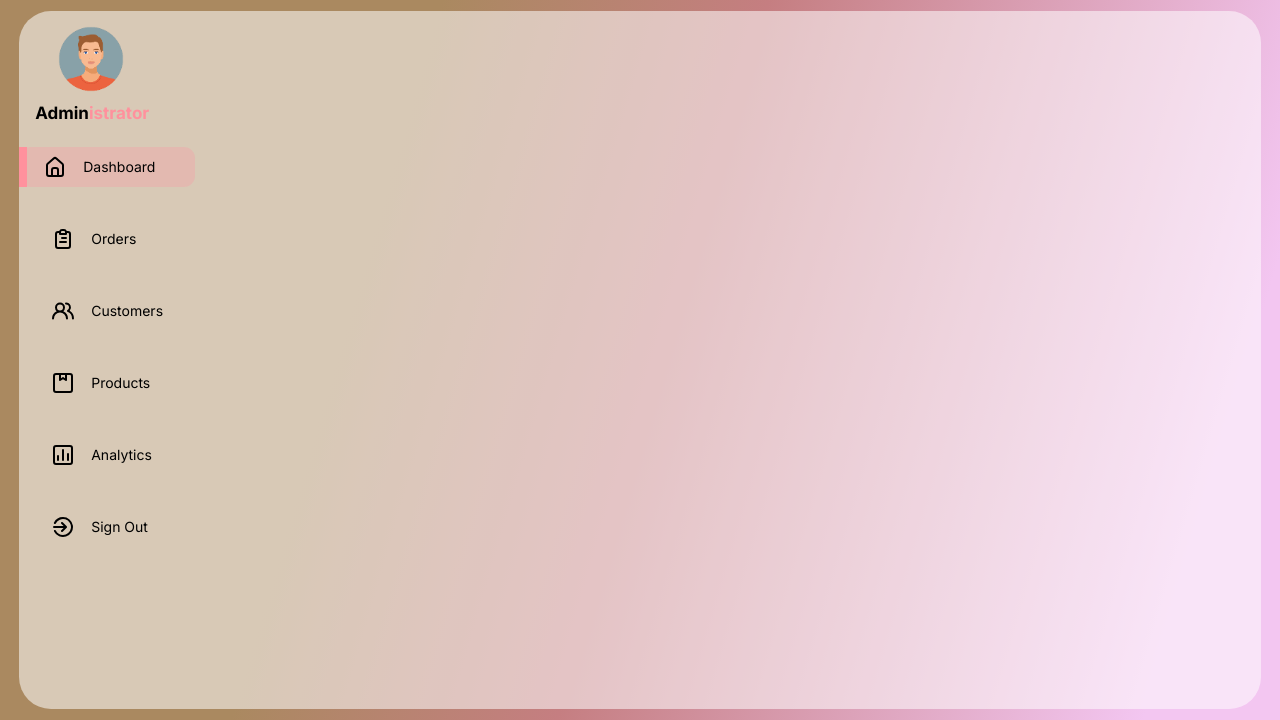
Repository: Zeeohn/react-admin-dash1
Page: /
These files come from the project's save history. The page is drawn as it stood at one moment and after the next save; the edit follows.
The browser window is 1280 px wide. The pictures show the whole page.
The pointer rests on the first visible `.signOut`.
The project was rebuilt for these pictures with package versions that can differ from the ones it lists, and the page was loaded fresh each time.

Above is the page before, as saved 2022-05-20 13:17:22.

### public/index.html
<!DOCTYPE html>
<html lang="en">
  <head>
    <meta charset="utf-8" />
    <meta name="viewport" content="width=device-width, initial-scale=1" />
    <meta name="theme-color" content="#000000" />
    <meta
      name="description"
      content="Web site created using create-react-app"
    />
    <link rel="preconnect" href="https://fonts.googleapis.com" />
    <link rel="preconnect" href="https://fonts.gstatic.com" crossorigin />
    <link
      href="https://fonts.googleapis.com/css2?family=Inter:wght@400;500;700&family=Poppins:ital,wght@0,100;0,200;0,300;0,400;0,500;0,600;0,700;0,800;0,900;1,100;1,200;1,300;1,400;1,500;1,600;1,700;1,800;1,900&display=swap"
      rel="stylesheet"
    />

    <style>
      body {
        margin: 0;
      }
    </style>
    <!--
      manifest.json provides metadata used when your web app is installed on a
      user's mobile device or desktop. See https://developers.google.com/web/fundamentals/web-app-manifest/
    -->
    <!--
      Notice the use of %PUBLIC_URL% in the tags above.
      It will be replaced with the URL of the `public` folder during the build.
      Only files inside the `public` folder can be referenced from the HTML.

      Unlike "/favicon.ico" or "favicon.ico", "%PUBLIC_URL%/favicon.ico" will
      work correctly both with client-side routing and a non-root public URL.
      Learn how to configure a non-root public URL by running `npm run build`.
    -->
    <title>React App</title>
  </head>
  <body>
    <noscript>You need to enable JavaScript to run this app.</noscript>
    <div id="root"></div>
    <!--
      This HTML file is a template.
      If you open it directly in the browser, you will see an empty page.

      You can add webfonts, meta tags, or analytics to this file.
      The build step will place the bundled scripts into the <body> tag.

      To begin the development, run `npm start` or `yarn start`.
      To create a production bundle, use `npm run build` or `yarn build`.
    -->
  </body>
</html>

### src/index.js
import React from 'react';
import ReactDOM from 'react-dom/client';
import App from './App';

const root = ReactDOM.createRoot(document.getElementById('root'));
root.render(
  <App />
)

// If you want to start measuring performance in your app, pass a function
// to log results (for example: reportWebVitals(console.log))
// or send to an analytics endpoint. Learn more: https://bit.ly/CRA-vitals

### src/App.js
import "./App.css";
import Sidebar from "./components/sidebar/Sidebar.jsx";

function App() {
  return (
    <div className="App">
      <div className="AppGlass">
        <Sidebar />
        <div></div>
        <div></div>
      </div>
    </div>
  );
}

export default App;

### src/App.css
:root {
  --yellow: linear-gradient(180deg, #f8d49a -146.42%, #fad79d -46.42%);
  --orange: #fca61f;
  --black: #242d49;
  --gray: #788097;
  --purple: linear-gradient(180deg, #bb67ff 0%, #c484f3 100%);
  --pink: #ff919d;
  --glass: rgba(255, 255, 255, 0.54);
  --boxShadow: 0px 19px 60px rgb(0 0 0 / 8%);
  --smboxShadow: -79px 51px 60px rgba(0, 0, 0, 0.08);
  --activeItem: #f799a354;
}

.App {
  background: linear-gradient(
    106.37deg,
    #aa8960 29.63%,
    #c57e81 51.55%,
    #f3c6f1 90.85%
  );
  height: 100vh;
  display: flex;
  justify-content: center;
  align-items: center;
  font-family: "Inter", sans-serif;
}

.AppGlass {
  display: grid;
  height: 97%;
  width: 97%;
  border-radius: 2rem;
  background-color: var(--glass);
  overflow: hidden;
  grid-template-columns: 11rem auto 23rem;
}

### src/components/sidebar/Sidebar.jsx
import React from "react";
import { useState } from "react";
import "./Sidebar.css";
import Placeholder from "../../imgs/placeholder.png";

import { SidebarData } from "../../Data/Data.js";
import { UilSignOutAlt } from "@iconscout/react-unicons";

const Sidebar = () => {
  const [selected, setSelected] = useState(0);
  return (
    <div className="Sidebar">
      {/*logo*/}
      <div className="logo">
        <img src={Placeholder} alt="Admin placeholder" />
        <span>
          Admin<span>istrator</span>
        </span>
      </div>

      {/* menu */}
      <div className="menu">
        {SidebarData.map((item, index) => {
          return (
            <div
              className={selected === index ? "menuItem active" : "menuItem"}
              key={index}
              onClick={() => setSelected(index)}
            >
              <item.icon />
              <span>{item.heading}</span>
            </div>
          );
        })}

        <div className="menuItem signOut">
          <UilSignOutAlt />
          <span>Sign Out</span>
        </div>
      </div>
    </div>
  );
};

export default Sidebar;

### src/components/sidebar/Sidebar.css
.Sidebar {
  display: flex;
  flex-direction: column;
  position: relative;
  padding-top: 0.5rem;
  transition: all 300ms ease;
}

.logo {
  display: block;
  height: 4rem;
  font-weight: bold;
  font-size: 17px;
  gap: 0.1rem;
  padding-left: 1rem;
  align-items: center;
  justify-content: center;
}

.logo::before {
  content: "";
  width: 10rem;
  height: 5px;
  background: var(--pink);
}

.logo > img {
  width: 5rem;
  height: 5rem;
  padding-left: 1rem;
}

.logo > span > span {
  color: var(--pink);
}

/* Menu */

.menu {
  margin-top: 4rem;
  display: flex;
  flex-direction: column;
  gap: 2rem;
}

.menuItem {
  display: flex;
  align-items: center;
  gap: 1rem;
  height: 2.5rem;
  margin-left: 2rem;
  position: relative;
  transition: all 300ms ease;
  font-size: 14px;
  border-radius: 0.7rem;
}

.menuItem:hover {
  cursor: pointer;
}

.active {
  background: var(--activeItem);
  margin-left: 0;
}

.active::before {
  content: " ";
  width: 8px;
  height: 100%;
  background: var(--pink);
}

.signOut:hover {
  background: rgba(255, 4, 4, 0.74)255, 4, 4, 0.904)255, 4, 4, 0.904);
  transition: ease-out;
}

### src/Data/Data.js
// Sidebar imports
import {
  UilEstate,
  UilClipboardAlt,
  UilUsersAlt,
  UilPackage,
  UilChart,
} from "@iconscout/react-unicons";

export const SidebarData = [
  {
    icon: UilEstate,
    heading: "Dashboard",
  },
  {
    icon: UilClipboardAlt,
    heading: "Orders",
  },
  {
    icon: UilUsersAlt,
    heading: "Customers",
  },
  {
    icon: UilPackage,
    heading: "Products",
  },
  {
    icon: UilChart,
    heading: "Analytics",
  },
];

After the next save:
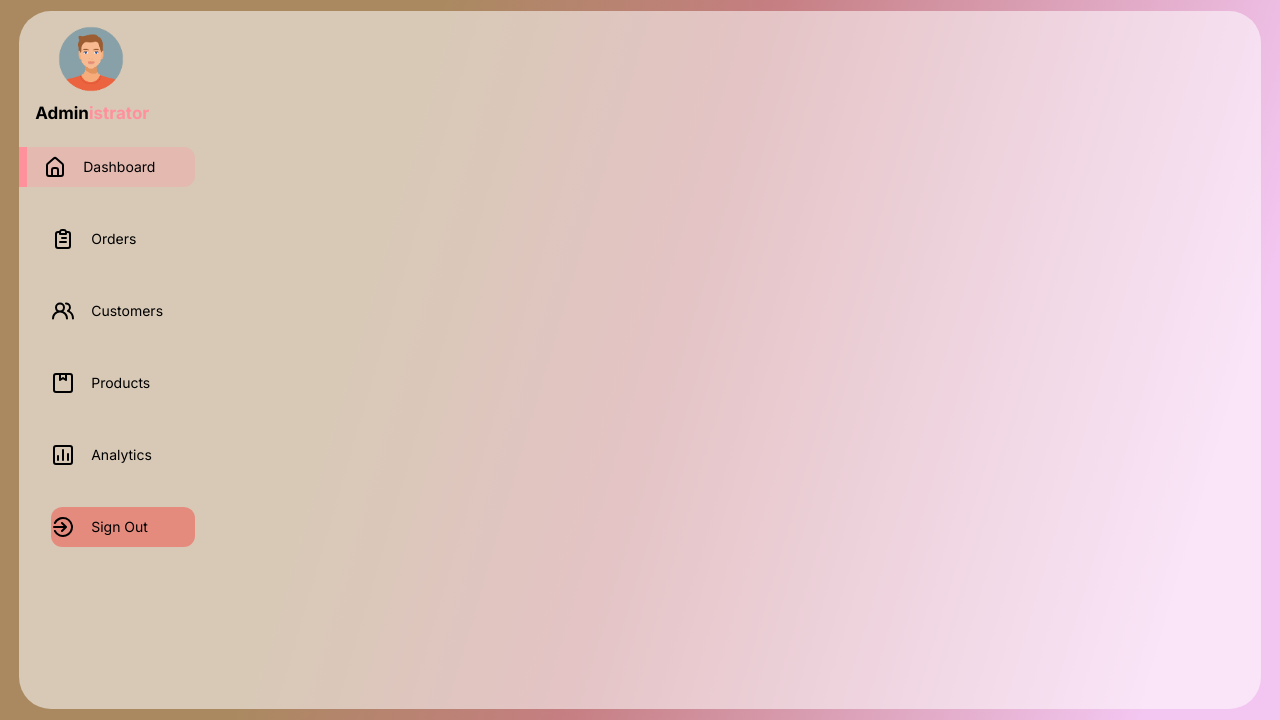
Saved 15 s later.
--- a/src/components/sidebar/Sidebar.css
+++ b/src/components/sidebar/Sidebar.css
@@ -72,6 +72,6 @@
 }
 
 .signOut:hover {
-  background: rgba(255, 4, 4, 0.74)255, 4, 4, 0.904)255, 4, 4, 0.904);
+  background: rgba(255, 4, 4, 0.315);
   transition: ease-out;
 }
